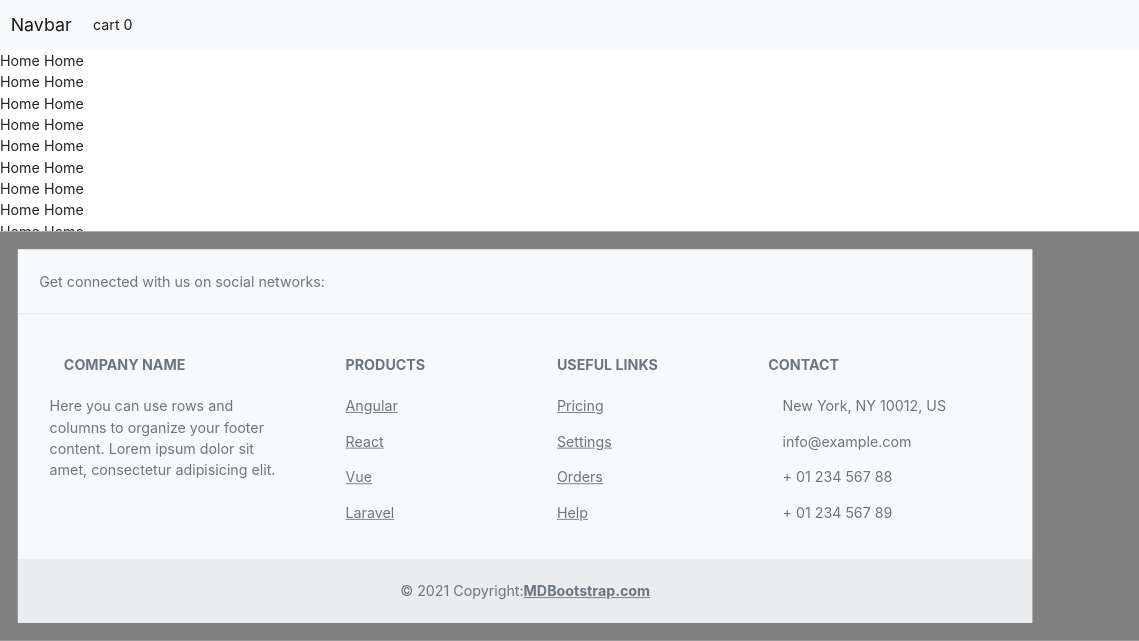
Repository: lausuarez02/eCommerceFull
Page: / (app in frontEnd/front/)
These files come from the project's save history. The page is drawn as it stood at one moment and after the next save; the edit follows.
The browser window is 1280 px wide. The pictures show the whole page, at 89% of full size.
The project was rebuilt for these pictures with package versions that can differ from the ones it lists, and the page was loaded fresh each time. Also part of the build but not shown: frontEnd/front/src/App.css, frontEnd/front/src/components/Product.js, frontEnd/front/src/components/Card.js.

Above is the page before, as saved 2021-07-15 19:51:21.

After the next save:
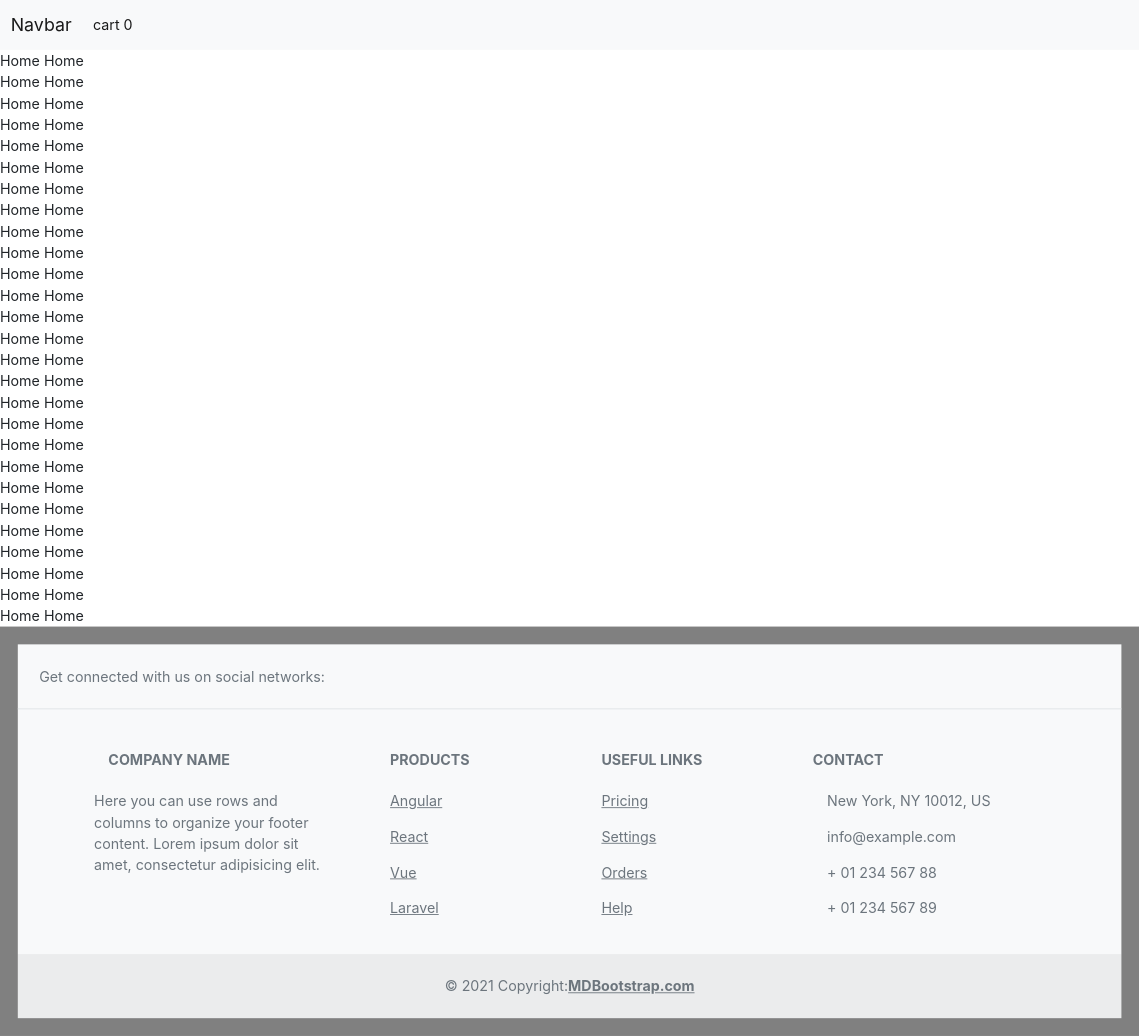
Saved 52 s later.
--- a/frontEnd/front/src/components/HomeScreen.js
+++ b/frontEnd/front/src/components/HomeScreen.js
@@ -176,7 +176,7 @@
 
         </div>
 
-        <div class="navbar fixed-bottom" style={{ backgroundColor: "grey",
+        <div  style={{ backgroundColor: "grey",
 
     bottom: 0,
     width: "100%",

After the save that followed:
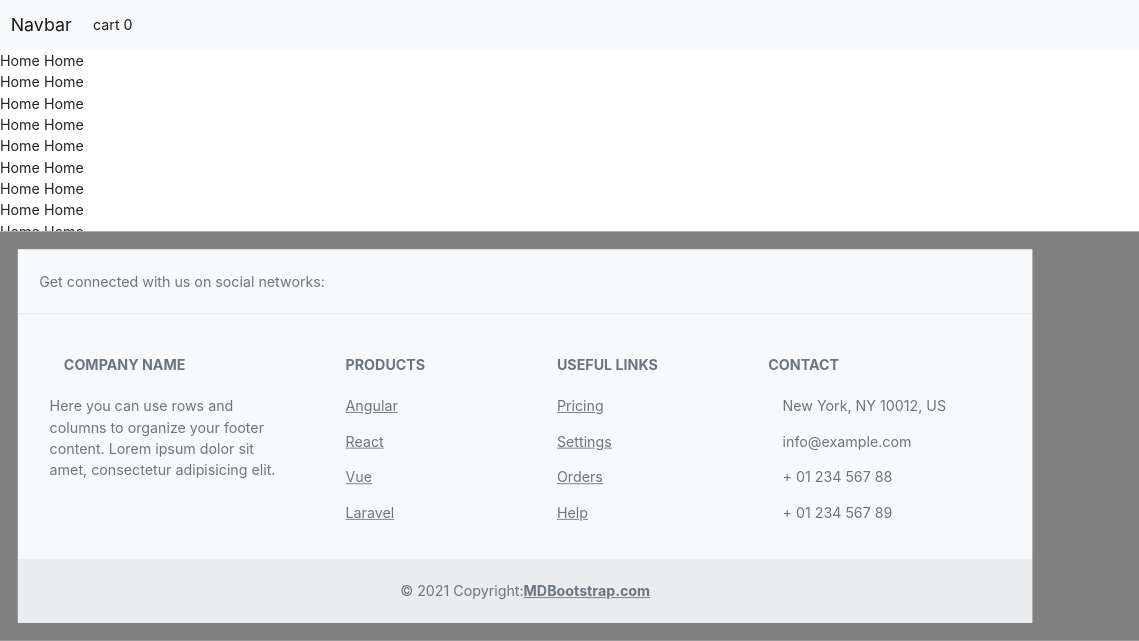
Saved 15 s later.
--- a/frontEnd/front/src/components/HomeScreen.js
+++ b/frontEnd/front/src/components/HomeScreen.js
@@ -176,8 +176,8 @@
 
         </div>
 
-        <div  style={{ backgroundColor: "grey",
-
+        <div class="navbar fixed-bottom" style={{ backgroundColor: "grey",
+    position: "fixed",
     bottom: 0,
     width: "100%",
     padding: "20px"}}>
